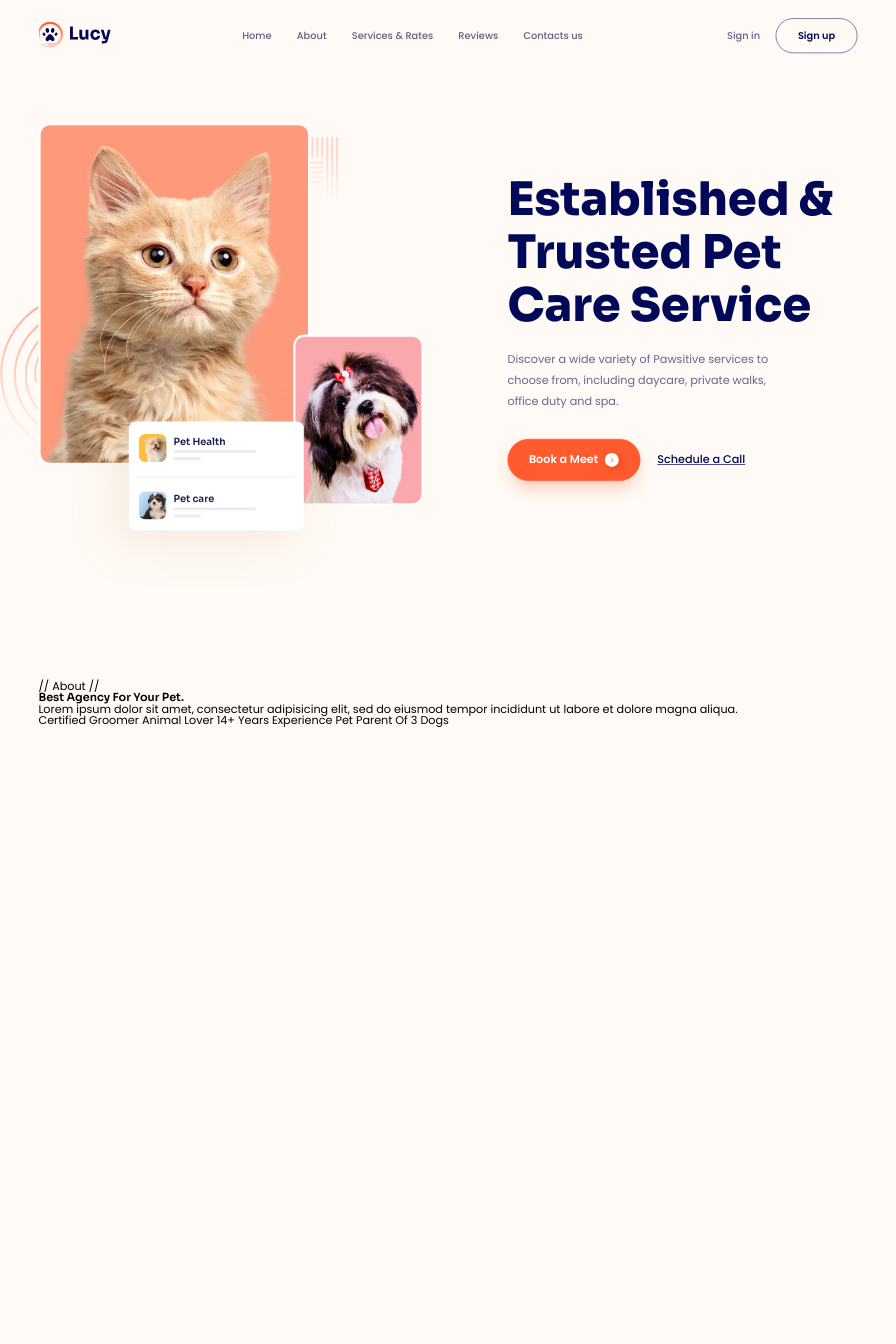
Repository: empty24062002/f8-project-05
Page: index.html
The author's editor kept a copy of each file at every save. The page is drawn from the files as they stood at one save, then again after the next save.
The browser window is 1280 px wide. The pictures show the part of the page from y = 0 to 1920 px (the page is 10965 px tall), at 70% of full size.

Above is the page before, as saved 2023-09-11 09:30:45.

After the next save:
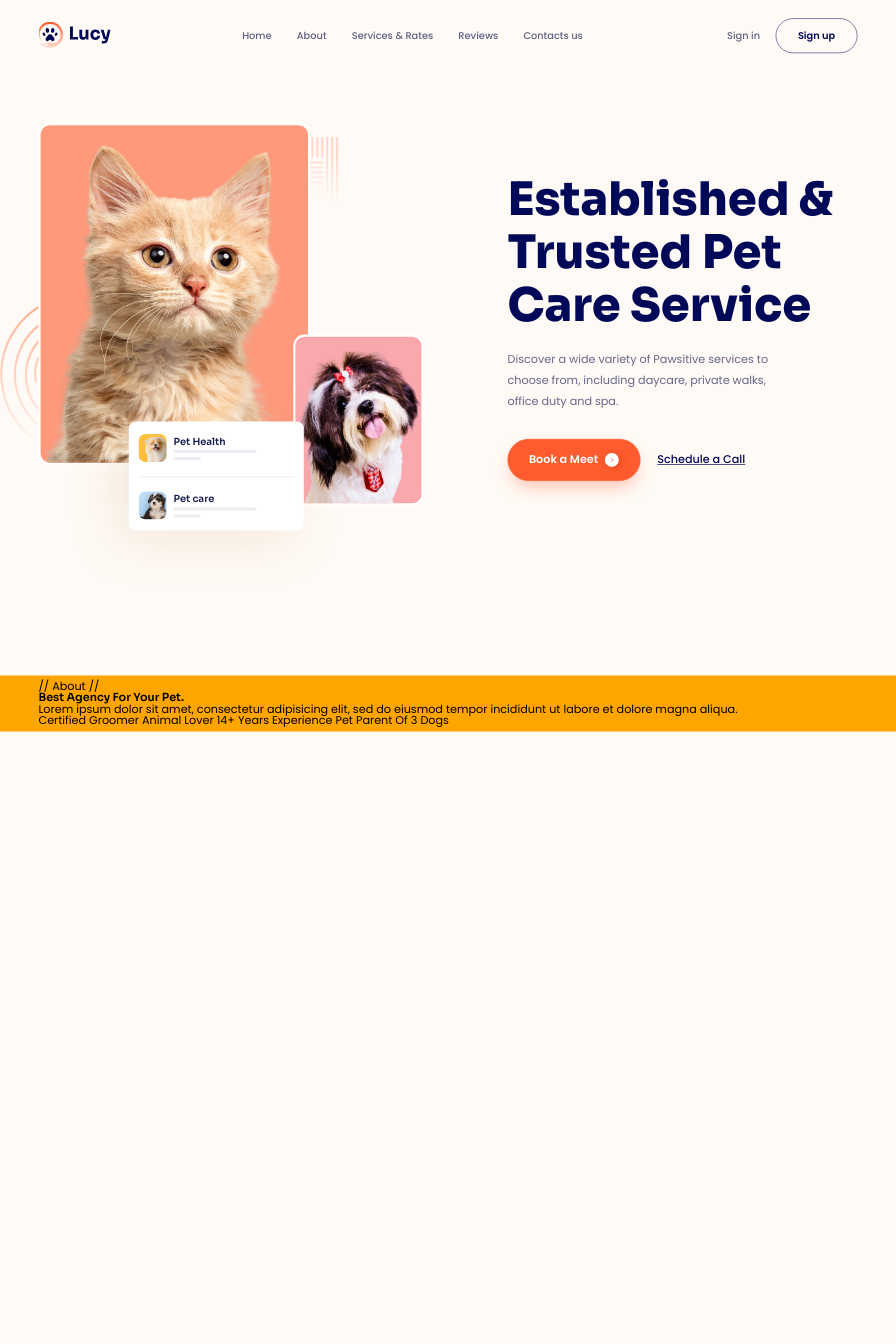
Saved 10 s later.
--- a/assets/css/styles.css
+++ b/assets/css/styles.css
@@ -279,4 +279,5 @@
 .about {
     margin-top: 207px;
     padding: 8px 0;
-}
+    background-color: orange;
+}

After the save that followed:
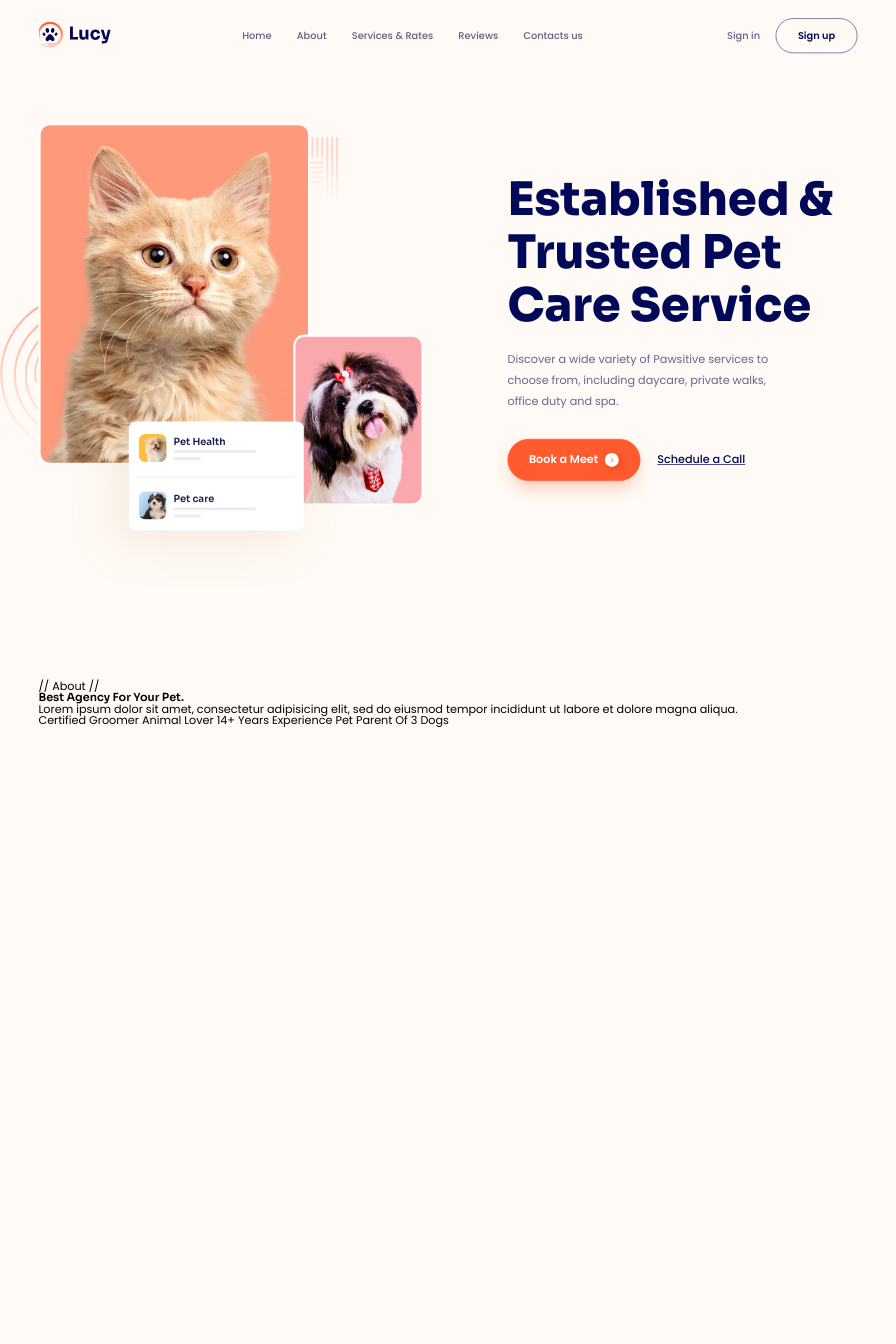
Saved 7 s later.
--- a/assets/css/styles.css
+++ b/assets/css/styles.css
@@ -279,5 +279,4 @@
 .about {
     margin-top: 207px;
     padding: 8px 0;
-    background-color: orange;
-}
+}
